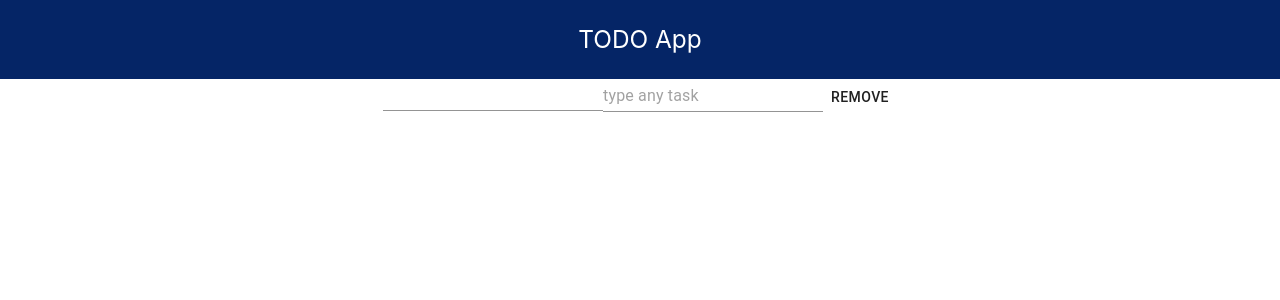
Repository: Shams97/Todo-app
Page: /
The author's editor kept a copy of each file at every save. The page is drawn from the files as they stood at one save, then again after the next save.
The browser window is 1280 px wide. The pictures show the whole page.
The project was rebuilt for these pictures with package versions that can differ from the ones it lists, and the page was loaded fresh each time.

Above is the page before, as saved 2021-06-26 23:22:21.

After the next save:
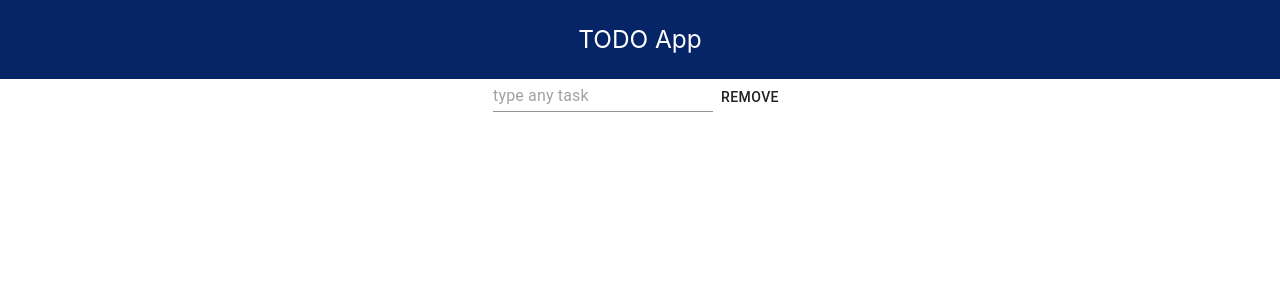
Saved 35 s later.
--- a/src/tasks/tasks.js
+++ b/src/tasks/tasks.js
@@ -1,9 +1,8 @@
 import React from "react";
-import { Button, Input, TextField, Container } from "@material-ui/core";
+import { Button, Input, Container } from "@material-ui/core";
 export default function Tasks() {
   return (
     <Container>
-      <TextField>Add new task </TextField>
       <Input placeholder="type any task"></Input>
       <Button>remove</Button>
     </Container>
